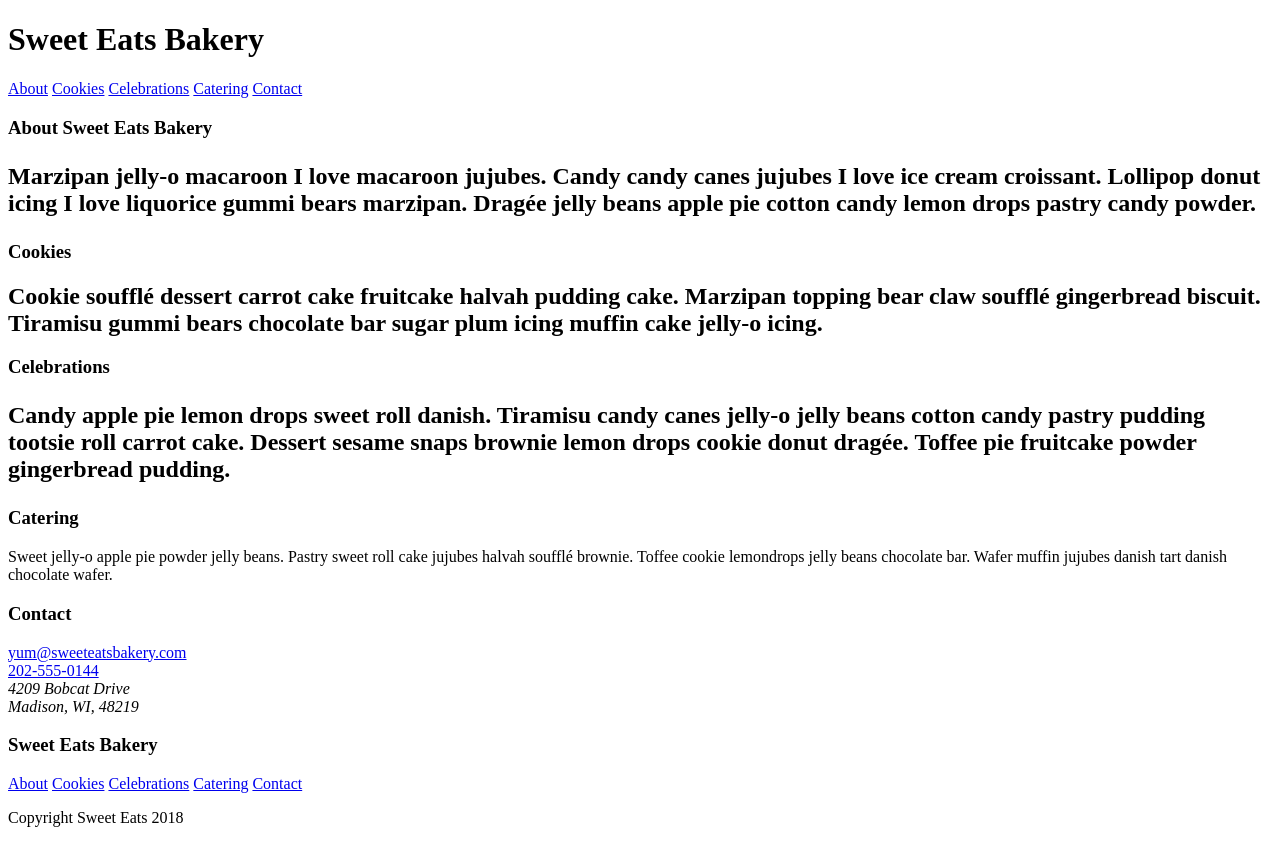
Repository: yoshimario/web-module-challenge-user-interface
Page: index.html
These files come from the project's save history. The page is drawn as it stood at one moment and after a run of saves; the edit follows.
The browser window is 1280 px wide. The pictures show the whole page.
Some web fonts or font styles are not loaded; a fallback is used.

Above is the page before, as saved 2023-05-15 13:31:05.

### index.html
<!DOCTYPE html>
<html lang="en">

<head>
    <meta charset="UTF-8">
    <!-- import your css file -->
    <link href="https://fonts.googleapis.com/css?family=Gaegu|Roboto" rel="stylesheet">
    <title>Sweet Eats Bakery</title>
</head>

<body>

    <!-- company name -->
    <h1>Sweet Eats Bakery</h1>
    <header headerNavLinksf>
        <!-- Navigation -->
        <nav>
            <a href="#about">About</a>
            <a href="#cookies">Cookies</a>
            <a href="#celebrations">Celebrations</a>
            <a href="#catering">Catering</a>
            <a href="#contact">Contact</a>
        </nav>
    </header>
    <!-- Image https://tk-assets.lambdaschool.com/bcf76f62-2431-4c22-b466-2e711f3da2b9_ui-i-bakery-main-header.png -->

    <!-- Marketing header -->
    <section id="about">
        <h3>About Sweet Eats Bakery </h3>

        <h2><p>Marzipan jelly-o macaroon I love macaroon jujubes. Candy candy canes jujubes I love ice cream croissant.
            Lollipop
            donut icing I love liquorice gummi bears marzipan. Dragée jelly beans apple pie cotton candy lemon drops
            pastry candy
            powder.</p></h2>
    </section>
    <!-- content -->

    <!-- Image https://tk-assets.lambdaschool.com/7393a8fd-c8e5-4003-921f-79e0d546d02c_ui-i-bakery-cookies.png -->
    <section id="cookies">
        <h3>Cookies</h3>

        <h2>Cookie soufflé dessert carrot cake fruitcake halvah pudding cake. Marzipan topping bear claw soufflé gingerbread
        biscuit. Tiramisu gummi bears chocolate bar sugar plum icing muffin cake jelly-o icing.</h2>
    </section>
    <!-- Image https://tk-assets.lambdaschool.com/297378d6-9c89-430f-9d2e-46ae3d5edce8_ui-i-bakery-cupcake-i.png -->

    <section id="celebrations">
        <h3>Celebrations</h3>

        <h2><p>Candy apple pie lemon drops sweet roll danish. Tiramisu candy canes jelly-o jelly beans cotton candy pastry
            pudding
            tootsie roll carrot cake. Dessert sesame snaps brownie lemon drops cookie donut dragée. Toffee pie fruitcake
            powder
            gingerbread pudding.</p></h2>
    </section>
    <!-- Image https://tk-assets.lambdaschool.com/ab0cb095-5900-476c-b042-aea065d3dbbf_ui-i-bakery-celebrate.png -->
    <section id="catering">
        <h3>Catering</h3>

        <p>Sweet jelly-o apple pie powder jelly beans. Pastry sweet roll cake jujubes halvah soufflé brownie. Toffee
            cookie
            lemondrops jelly beans chocolate bar. Wafer muffin jujubes danish tart danish chocolate wafer.</p>
    </section>
    <section id="contact">
        <h3>Contact</h3>

        <a href="mailto:yum@sweeteatsbakery.com">yum@sweeteatsbakery.com</a><br>
        <a href="tel:202-555-0144">202-555-0144</a><br>
        <address>4209 Bobcat Drive<br>
            Madison, WI, 48219</address>
    </section>
    <!-- footer -->
    <footer>
        <h3>Sweet Eats Bakery</h3>
        <nav>
            <a href="#about">About</a>
            <a href="#cookies">Cookies</a>
            <a href="#celebrations">Celebrations</a>
            <a href="#catering">Catering</a>
            <a href="#contact">Contact</a>
        </nav>
        <p>Copyright Sweet Eats 2018</p>
    </footer>
</body>

</html>

After the next 2 saves:
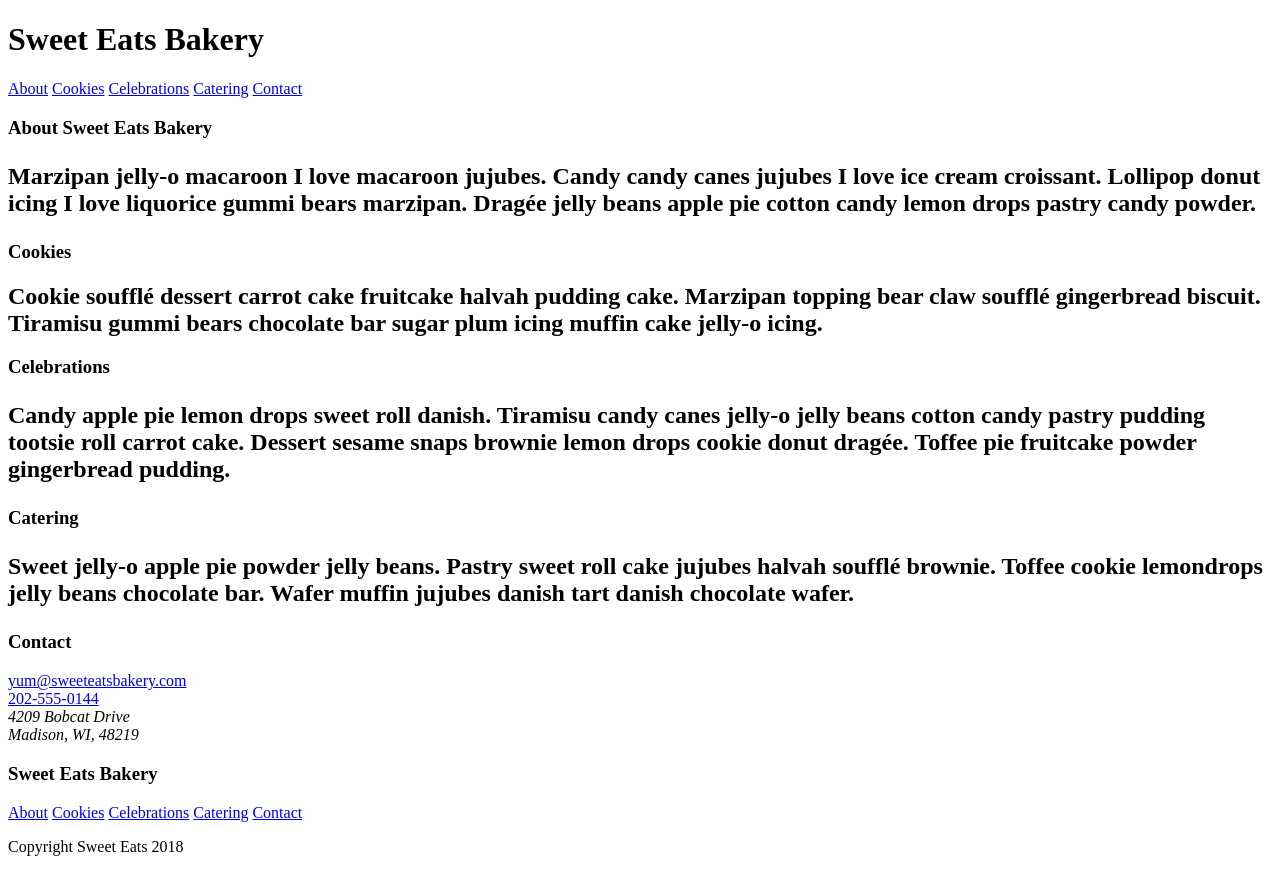
The 2 saves are shown as one change because they came seconds apart.
The last was saved 31 s later.
--- a/index.html
+++ b/index.html
@@ -58,7 +58,7 @@
     <section id="catering">
         <h3>Catering</h3>
 
-        <p>Sweet jelly-o apple pie powder jelly beans. Pastry sweet roll cake jujubes halvah soufflé brownie. Toffee
+        <h2><p>Sweet jelly-o apple pie powder jelly beans. Pastry sweet roll cake jujubes halvah soufflé brownie. Toffee
             cookie
             lemondrops jelly beans chocolate bar. Wafer muffin jujubes danish tart danish chocolate wafer.</p>
     </section>
